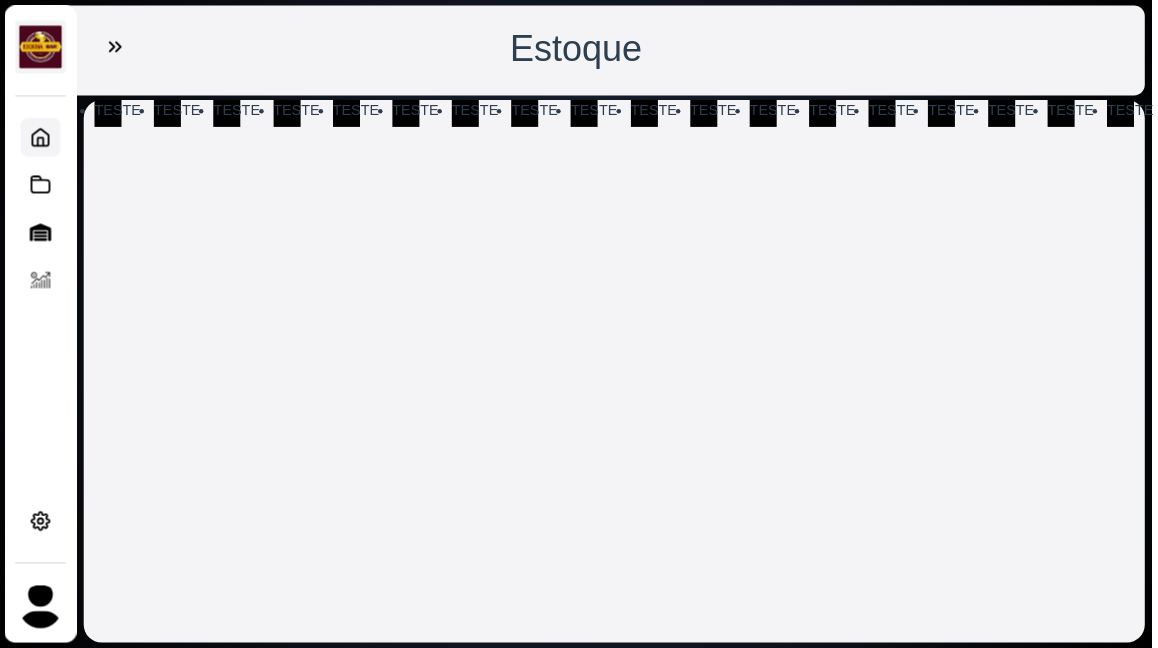
Repository: jazaoo13/Projeto_Oficina_Integracao
Page: / (app in Aplicacao_vue/)
The author's editor kept a copy of each file at every save. The page is drawn from the files as they stood at one save, then again after the next save.
The browser window is 1280 px wide. The page is 1287 px wide, then 1280 px, so the pictures cover 1287 px, including what lies to the right of the window. The pictures show the whole page, at 90% of full size.
The page's requests for data from a server got no answer. The project was rebuilt for these pictures with package versions that can differ from the ones it lists, and the page was loaded fresh each time. No one was signed in, and anything a server would have sent is missing. Also part of the build but not shown: Aplicacao_vue/vue.config.js, Aplicacao_vue/src/View/jazao.vue.

Above is the page before, as saved 2023-11-19 16:11:34.

### Aplicacao_vue/public/index.html
<!DOCTYPE html>
<html lang="">
  <head>
    <meta charset="utf-8">
    <meta name="viewport" content="width=device-width, initial-scale=1">
    <meta http-equiv="X-UA-Compatible" content="IE=edge">
    <meta name="viewport" content="width=device-width,initial-scale=1.0">
    <link rel="icon" href="<%= BASE_URL %>favicon.ico">
    <link href="https://cdn.jsdelivr.net/npm/bootstrap@5.3.2/dist/css/bootstrap.min.css" rel="stylesheet" integrity="sha384-T3c6CoIi6uLrA9TneNEoa7RxnatzjcDSCmG1MXxSR1GAsXEV/Dwwykc2MPK8M2HN" crossorigin="anonymous">
    <title>Controle de Bebidas</title>
  </head>
  <body>
    <script src="https://cdn.jsdelivr.net/npm/bootstrap@5.3.2/dist/js/bootstrap.bundle.min.js" integrity="sha384-C6RzsynM9kWDrMNeT87bh95OGNyZPhcTNXj1NW7RuBCsyN/o0jlpcV8Qyq46cDfL" crossorigin="anonymous"></script>
    <div id="app"></div>
    <!-- built files will be auto injected -->
  </body>
</html>

### Aplicacao_vue/src/main.js
import Vue from 'vue'
import App from './App.vue'
import {BootstrapVue, IconsPlugin} from 'bootstrap-vue';
import 'font-awesome/css/font-awesome.css';
import 'bootstrap-vue/dist/bootstrap-vue.css'
import 'bootstrap/dist/css/bootstrap.css'
import router from './router'
import Vuex from 'vuex'
import store from './store'

Vue.config.productionTip = false
Vue.use(BootstrapVue);
Vue.use(IconsPlugin);
Vue.use(Vuex);

new Vue({
  router,
  store,
  render: h => h(App)
}).$mount('#app')

### Aplicacao_vue/src/router/index.js
import Vue from 'vue'
import VueRouter from 'vue-router'
import Home from '../View/Home.vue'
import jazao_component from '../View/jazao.vue'
Vue.use(VueRouter)

const routes = [
  {
    path: '/',
    name: 'home',
    component: Home
  },
  {
    path: '/jazao',
    name: 'Jazao',
    component: jazao_component
    //component: () => import(/* webpackChunkName: "about" */ '../View/HomeTeste.vue')
  },

]

const router = new VueRouter({
  mode: 'history',
  base: process.env.BASE_URL,
  routes
})

export default router

### Aplicacao_vue/src/store.js
import Vue from 'vue'
import Vuex from 'vuex'

Vue.use(Vuex)

const store = new Vuex.Store({
    data(){
        return{
            isActive: false
        }
    },
    state: {
        count: 0,
        isActive: false
    },
    mutations: {
        increment(state) {
            state.count++
        },
        setIsActive(state){
            state.isActive = !state.isActive
        }
    },

})
export default store

### Aplicacao_vue/src/View/Home.vue
<template>
    <div class="bodyClass">
        <div class="container-fluid">
            <div class="row">
                <Sidebar></Sidebar>
            </div>
            <div class="content-container">
                <HeaderPage></HeaderPage>
                <EstoqueView></EstoqueView>
            </div>
        </div>

    </div>
</template>

<script>
import axios from 'axios';
import Sidebar from './Sidebar.vue';
import HeaderPage from './Header.vue'
import EstoqueView from '../components/EstoqueView.vue'
export default {
    name: 'HomePage',
    components: {
        Sidebar,
        HeaderPage,
        EstoqueView
    },
    data() {
        return {
            lstApi: '',
        };
    },
    methods: {
        chamar_api() {
            let url = 'https://catfact.ninja/fact';
            axios
                .get(url, {

                })
                .then((resposta) => {
                    this.lstApi = resposta
                })
                .catch((erro) => console.log(erro));
        },
    },
    mounted() {
        this.chamar_api()
    },
};
</script>

<style lang="scss" scoped>
.bodyClass {
    height: 100vh;
    background: radial-gradient(circle at 50% 50%, #192233 20%, #000);
    padding: 0.375rem;
    font-family: Poppins, sans-serif;
    display: flex;
}
.container-fluid {
  flex: 1;
  display: flex;
  flex-direction: column;
  padding-right: 2px;
  padding-left: 2px;
}
.row {
  display: flex;
  flex: 1;
}
.content-container {
  display: flex;
  flex-direction: column;
  flex: 1500;
}
</style>

### Aplicacao_vue/src/View/Sidebar.vue
<template>
    <div>
        <nav :class="{ 'isActive': this.$store.state.isActive }">
            <div class="sidebar-header" :class="{ 'isActive': this.$store.state.isActive }">
                <a class="logo-wrapper">
                    <img src="@/assets/logo_esquina.png" alt="Logo" :class="{ 'isActive': this.$store.state.isActive }">
                    <h2 :class="{ 'isActive': this.$store.state.isActive }">Bar da Esquina</h2>
                </a>
                <button class="toggle-btn" @click="toggle()">
                    <img src="../assets/expand.svg" alt="expand button">
                </button>
            </div>

            <div class="sidebar-links" :class="{ 'isActive': this.$store.state.isActive }">
                <a class="link active">
                    <img src="../assets/home.svg" alt="">
                    <span :class="{ 'isActive': this.$store.state.isActive }">Home</span>
                </a>
                <a class="link">
                    <img src="../assets/projects.svg" alt="">
                    <span :class="{ 'isActive': this.$store.state.isActive }">Cadastro</span>
                </a>
                <a class="link">
                    <img src="../assets/estoque.svg" alt="">
                    <span :class="{ 'isActive': this.$store.state.isActive }">Estoque</span>
                </a>
                <a class="link">
                    <img src="../assets/vendas.png" alt="">
                    <span :class="{ 'isActive': this.$store.state.isActive }">Vendas</span>
                </a>
            </div>


            <div class="sidebar-bottom" :class="{ 'isActive': this.$store.state.isActive }">
                <div class="sidebar-links" :class="{ 'isActive': this.$store.state.isActive }">
                    <a class="link">
                        <img src="../assets/settings.svg" alt="">
                        <span :class="{ 'isActive': this.$store.state.isActive }">Configurações</span>
                    </a>
                </div>

                <div class="user-profile" :class="{ 'isActive': this.$store.state.isActive }">
                    <div class="user-avatar">
                        <img src="../assets/user.svg" alt="">
                    </div>
                    <div class="user-details" :class="{ 'isActive': this.$store.state.isActive }">
                        <p class="username">Usuario</p>
                        <p class="user-email">email@gmail.com</p>
                    </div>
                </div>
            </div>
        </nav>
    </div>
</template>

<script>
import { mapState } from 'vuex'
export default {
    name: "SiderBar",
    components: {
    },
    data() {
        return {
            //isActive:false,
            // imagens:{
            //     imagem1: url=''
            // }
            //array de objetos para os botoes laterais
        }
    },
    methods: {
        Abre_Cadastro() {

        },
        computed: {
            ...mapState(['isActive'])

        },
        toggle() {
            this.$store.commit('setIsActive');

            const toggleBtn = document.querySelector(".toggle-btn");
            toggleBtn.style.transform = this.$store.state.isActive ? "rotate(180deg)" : "rotate(0deg)";
        },
    },
    mounted() {

    },
}
</script>


<style lang="scss">
*,
*::before,
*::after {
    margin: 0;
    padding: 0;
    box-sizing: border-box;
}

button,
a {
    all: unset;
    font: inherit;
    cursor: pointer;
    text-decoration: none !important;
}

a:hover {
    color: inherit !important;
}

nav {
    position: fixed;
    width: 5rem;
    height: calc(100vh - 0.75rem);
    background-color: #ffffff;
    padding: 1rem 0.75rem;
    border-radius: 0.75rem;
    display: flex;
    flex-direction: column;
    transition: width 500ms ease;

    &.isActive {
        width: 15rem;
    }
}

h2 {
    display: none;

    &.isActive {
        display: inline;
        font-size: 1.5rem;
    }
}

.sidebar-header,
.sidebar-links {
    display: flex;
    justify-content: center;
    align-items: center;
    overflow: hidden;
    flex-direction: column;
    &.isActive {
        justify-content: start;
        align-items: stretch;
    }
}
.sidebar-links {
    flex-direction: column;
    margin-bottom: auto;
    gap: 0.6rem;
    padding-bottom: 1.5rem;
    padding-top: 1.5rem;
}
.sidebar-header {
    margin-bottom: 1.5rem;
    &.isActive {
        justify-content: start;
        align-items: stretch;
    }
}

.logo-wrapper {
    display: flex;
    justify-content: start;
    align-items: center;
    gap: 1.25rem;
    text-decoration: none !important;
}

a.logo-wrapper:hover {
    color: inherit !important;
}

.logo-wrapper>img {
    width: 60px;
    height: 60px;
    background-color: #f4f4f6;
    padding: 0.4rem;
    border-radius: 0.5rem;

    &.isActive {
        width: 100px;
        height: 100px;
    }
}

nav>.sidebar-links {
    border-top: 1px solid rgb(211, 211, 211);
}

.link {
    display: flex;
    padding: 0.6rem;
    border-radius: 0.5rem;
    gap: 1.5rem;
}

span {
    display: none;

    &.isActive {
        display: inline;
    }
}

.link:hover,
.link.active:hover {
    background-color: #e4e4e8;
}

.link.active {
    background-color: #f4f4f6;
}

.link>img {
    width: 24px;
    height: 24px;
}

.sidebar-bottom .sidebar-links {
    padding-bottom: 1.5rem;
}

.toggle-btn {
    position: absolute;
    top: 26px;
    right: -63px;
    padding: 0.5rem;
    background-color:var(--bs-heading-color);
    border-radius: 50%;
    display: flex;
    justify-content: center;
    align-items: center;
    transition: transform 0.25s ease;
}

.user-profile {
    display: flex;
    justify-content: center;
    align-items: center;
    gap: 1.5rem;
    padding-top: 1.5rem;
    border-top: 1px solid rgb(211, 211, 211);

    &.isActive {
        justify-content: start;
        align-items: stretch;
    }
}

.user-avatar {
    width: 48px;
    height: 48px;
    cursor: pointer;
    transition: scale 0.2s ease;
}

.user-avatar img {
    width: 100%;
    height: 100%;
    border-radius: 50%;
    object-fit: cover;
}

.user-avatar:hover {
    scale: 1.1;
}

.user-details {
    align-self: center;
    overflow: hidden;
    display: none;

    .username {
        font-size: 0.85rem;
        font-weight: 600;
    }

    .user-email {
        font-size: 0.8rem;
    }

    &.isActive {
        display: inline;
    }

}</style>

### Aplicacao_vue/src/View/Header.vue
<template>
    <div>
        <div class="header" :class="{ 'isActive': this.$store.state.isActive }">
        <h1 class="titulo">Estoque</h1>
        </div>
    </div>
</template>

<script>
import { mapState } from 'vuex'
export default {
    name: "HeaderPage",
    data() {
        return {
            //isActive: false,
        }
    },
    computed: {
        ...mapState(['isActive'])

    },
}
</script>

<style lang="scss" scoped>
.header {
    //width: calc(100% - 85px);
    background-color: #f4f4f6;
    border-radius: 0.75rem;
    height: 100px;
    margin-left:auto;
    transition: width 500ms ease ;
    &.isActive{
        //width:calc(100% - 245px);
        transition: width 500ms ease ;
    }
}
.titulo{
    height: 100%;
    padding-top: 1.5rem;
}

// .header{

// }
</style>

### Aplicacao_vue/src/components/EstoqueView.vue
    <template>
    <div class="row"  :class="{ 'isActive': this.$store.state.isActive }">
            <ul class="teste">
                <li class="items">TESTE</li>
                <li class="items">TESTE</li>
                <li class="items">TESTE</li>
                <li class="items">TESTE</li>
                <li class="items">TESTE</li>
                <li class="items">TESTE</li>
                <li class="items">TESTE</li>
                <li class="items">TESTE</li>
                <li class="items">TESTE</li>
                <li class="items">TESTE</li>
                <li class="items">TESTE</li>
                <li class="items">TESTE</li>
                <li class="items">TESTE</li>
                <li class="items">TESTE</li>
                <li class="items">TESTE</li>
                <li class="items">TESTE</li>
                <li class="items">TESTE</li>
                <li class="items">TESTE</li>
            </ul>
    </div>
</template>

<script>

import { mapState } from 'vuex'
    export default {
        name:"EstoqueView",
        methods: {
        computed: {
            ...mapState(['isActive'])
        }
    },
    }
</script>

<style lang="scss" scoped>
.row{
    background-color: #f4f4f6;
    width: calc(100% - 85px);
    margin-left: auto;
    border-radius: 20px;
    margin-top: 5px;
    margin-right:0px;
    height: calc(100% - 10px);
    transition: width 500ms ease ;
    &.isActive{
        width:calc(100% - 245px);
        transition: width 500ms ease ;
    }
}
.items{

    background-color: black;
    width: 30px;
    height: 30px;
}
.teste{
    display: flex;
    flex-direction: row;
    justify-content: space-between;
    flex-wrap: wrap;
    flex-grow: 2;
}
</style>

Loaded but not shown: Aplicacao_vue/src/App.vue (common file)

After the next save:
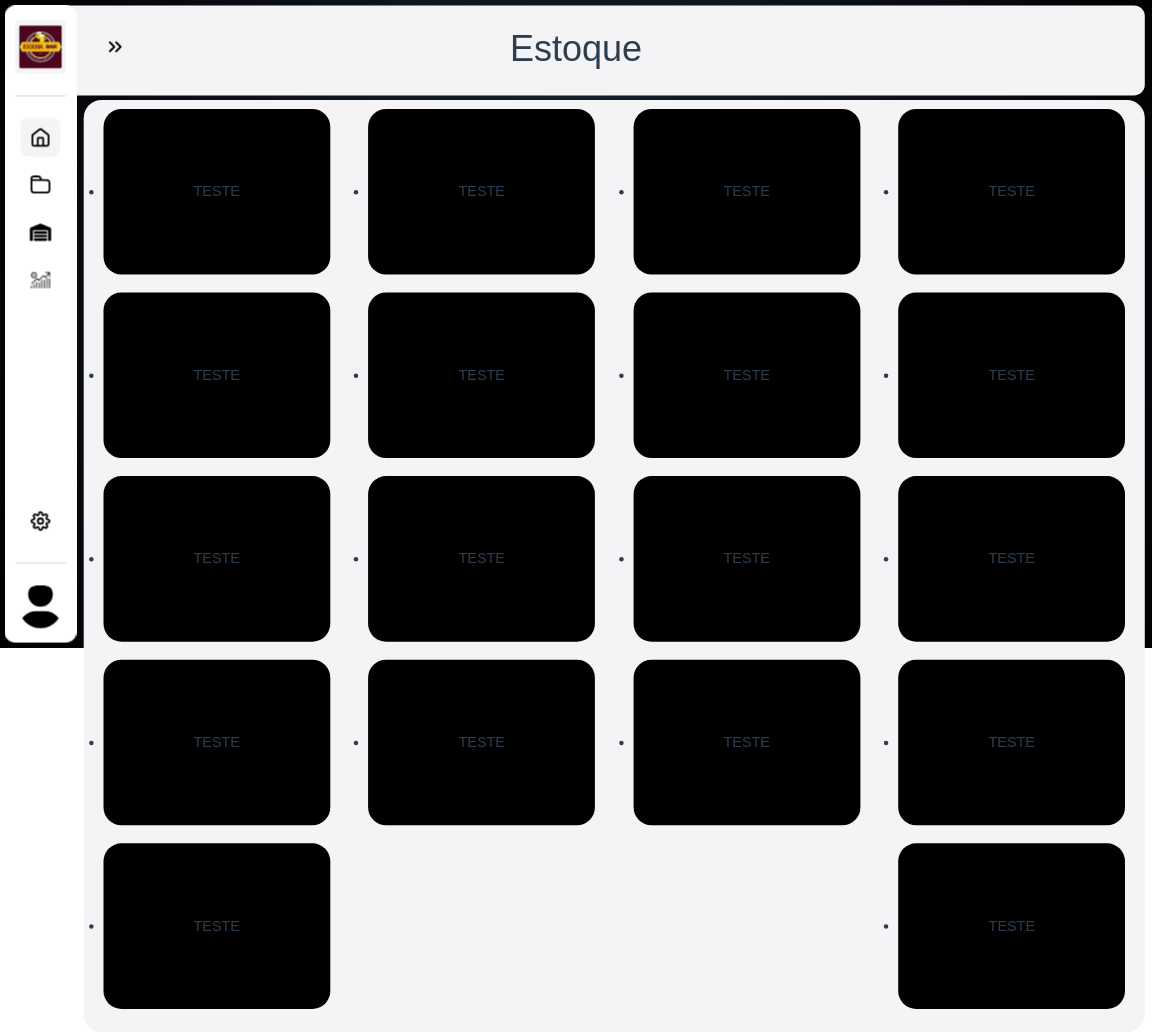
Saved 21 min 59 s later.
--- a/Aplicacao_vue/src/components/EstoqueView.vue
+++ b/Aplicacao_vue/src/components/EstoqueView.vue
@@ -54,8 +54,9 @@ import { mapState } from 'vuex'
 .items{
 
     background-color: black;
-    width: 30px;
-    height: 30px;
+    padding: 80px 100px;
+    margin: 10px 10px;
+    border-radius: 20px;
 }
 .teste{
     display: flex;
